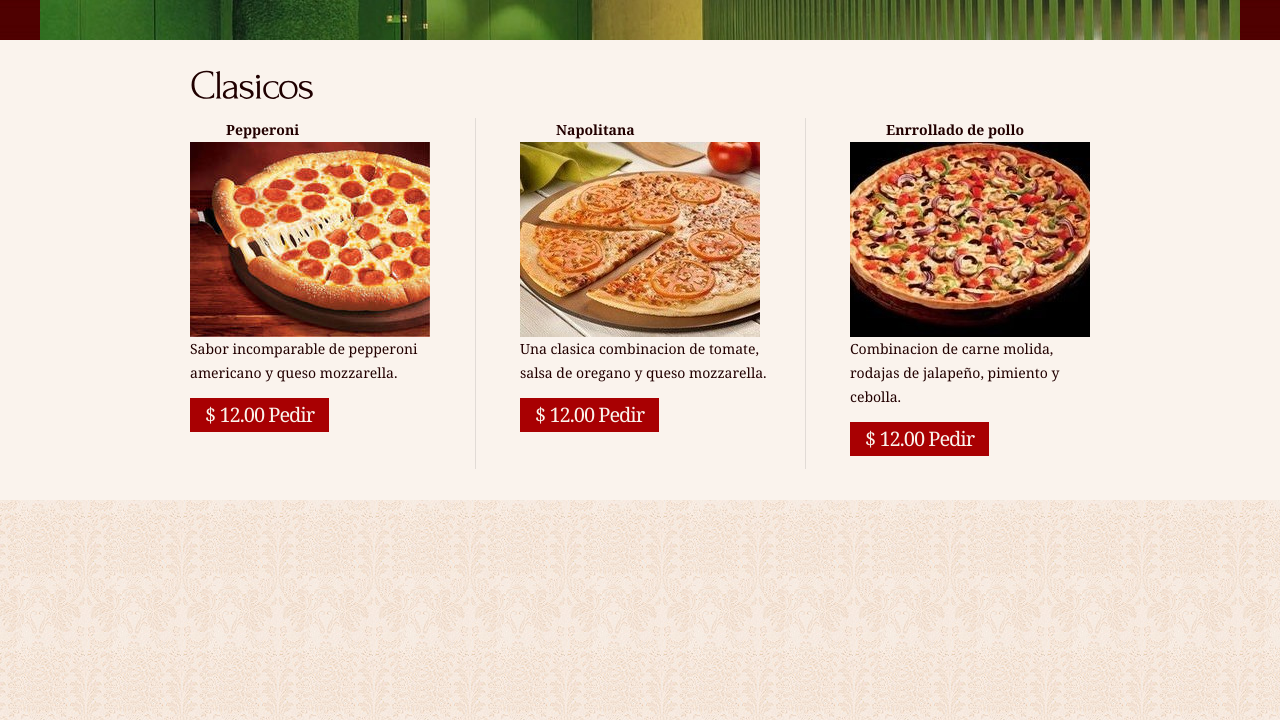
Repository: ProSoft-PDSI/sdsddo
Page: http://localhost/sdsr/Pizza
The author's editor kept a copy of each file at every save. The page is drawn from the files as they stood at one save, then again after a run of saves.
The browser window is 1280 px wide. The pictures show the whole page.
The page is served by Tomcat 9. Other server files are loaded and not shown. Queries for data that is not in the repository find no rows.

Above is the page before, as saved 2014-07-20 18:02:40.
Console error: TypeError: Cannot read properties of undefined (reading 'appendTo')

### Web/sdsr/WebContent/Clasica.jsp
<%@ page language="java" contentType="text/html; charset=ISO-8859-1"
    pageEncoding="ISO-8859-1"%>
<%@ taglib prefix="c" uri="http://java.sun.com/jsp/jstl/core" %>
<!DOCTYPE html>
<html>
<head>
<meta charset = "utf-8">
<title></title>
<%@ include file="Carga.jsp" %>
</head>
<body id="page3">
<div class="body6">
	<div class="body1">
		<div class="main">
<!-- content -->
			<article id="content">
				<div class="wrap">
					<%int n = 1; %>
			     	<c:forEach var = "i" items = "${requestScope.listapizza}" >
					<% if(n == 1) { %>
					<section class="cols">
						<div class="box">
							<div>
								<h2 class="letter_spacing"><c:out value="${i.nombre}"></c:out></h2>
								<figure><img src="${i.imagen}" alt="" ></figure>
								<p class="pad_bot1">${i.descripcion}</p>
								<input type="hidden" name="codigo" value="${i.codProducto}"></input>
								<a href="Pizza" class="button1">Pedir</a>
							</div>
						</div>
					</section>
				   <% } %>
				   <% if (n>1 && n <= 3) { %>
					<section class="cols pad_left1">
						<div class="box">
							<div>
								<h2 class="letter_spacing"><c:out value="${i.nombre}"></c:out></h2>
								<figure><img src="${i.imagen}" alt="" ></figure>
								<p class="pad_bot1">${i.descripcion}</p>
								<input type="hidden" name="codigo" value="${i.codProducto}"></input>
								<a href="Pizza" class="button1">Pedir</a>
							</div>
						</div>
					</section>
				  <% } %>
				  <% n++; %>
				  </c:forEach>
				</div>
			</article>
		</div>
	</div>
</div>
<div class="body2">
	<div class="main">
		<article id="content2">
			<div class="wrapper">
				<section class="pad_left1">
					<h2>Clasicos</h2>
					<div class="line1">
						<div class="wrapper line2">
							<div class="cols">
								<div class="wrapper pad_bot1">
								<h1> Pepperoni </h1>
									<figure ><img src="images/clas_4.jpg" alt=""></figure>
									<p class="pad_bot1"> Sabor incomparable de pepperoni<br> americano y queso mozzarella.</p>
									 <a href="#" class="button1">$ 12.00 Pedir</a>
								</div>
							</div>
							<div class="cols pad_left1">
								<div class="wrapper pad_bot1">
								<h1> Napolitana </h1>
									<figure ><img src="images/clas_5.jpg" alt=""></figure>
									<p class="pad_bot1">Una clasica combinacion de tomate,<br> salsa de oregano y queso mozzarella.</p>
									<a href="#" class="button1">$ 12.00 Pedir</a>
								</div>
							</div>
							<div class="col2 pad_left1">
								<div class="wrapper pad_bot1">
								<h1>Enrrollado de pollo</h1>
									<figure ><img src="images/clas_6.jpg" alt=""></figure>
									<p class="pad_bot1">Combinacion de carne molida,<br> rodajas de jalapeño, pimiento y cebolla.</p>
									<a href="#" class="button1">$ 12.00 Pedir</a>
								</div>
							</div>
						</div>
					</div>
				</section>
			</div>
		</article>
<!-- / content -->
	</div>
</div>

<script type="text/javascript"> Cufon.now(); </script>
</body>
</html>

### Web/sdsr/WebContent/Carga.jsp
<link rel="stylesheet" href="css/reset.css" type="text/css" media="all">
<link rel="stylesheet" href="css/layout.css" type="text/css" media="all">
<link rel="stylesheet" href="css/style.css" type="text/css" media="all">
<link rel="stylesheet" href="css/estilos.css" type="text/css" media="all">
<script type="text/javascript" src="js/jquery-1.6.js" ></script>
<script type="text/javascript" src="js/cufon-yui.js"></script>
<script type="text/javascript" src="js/cufon-replace.js"></script>
<script type="text/javascript" src="js/Forum_400.font.js"></script>
<script type="text/javascript" src="js/jquery.easing.1.3.js"></script>
<script type="text/javascript" src="js/tms-0.3.js"></script>
<script type="text/javascript" src="js/tms_presets.js"></script>
<script type="text/javascript" src="js/script.js"></script>
<script type="text/javascript" src="js/atooltip.jquery.js"></script>

### Web/sdsr/src/controller/PedidosController.java
package controller;

import java.io.IOException;
import java.util.List;
import java.util.Vector;

import javax.servlet.RequestDispatcher;
import javax.servlet.ServletException;
import javax.servlet.annotation.WebServlet;
import javax.servlet.http.HttpServlet;
import javax.servlet.http.HttpServletRequest;
import javax.servlet.http.HttpServletResponse;
import javax.servlet.http.HttpSession;

import entity.Cliente;
import entity.DetallePedido;
import entity.Pedido;
import entity.Usuario;
import model.ControlModel;
import model.PedidosModel;
import model.ProductoModel;

@WebServlet({"/InsertarPedido","/EliminarPedido","/ModificarPedido","/ListaPedidos","/Entrada","/Pizza","/Especiales","/InsertaLista"})
public class PedidosController extends HttpServlet {
	private static final long serialVersionUID = 1L;
	List<DetallePedido> listapedido = new Vector<DetallePedido>();

    public PedidosController() {
        super();
    }

    protected void doPost(HttpServletRequest request, HttpServletResponse response) throws ServletException, IOException {
		String alias = request.getServletPath();
		if(alias.equals("/Entrada")){
			EntradaPost(request,response);
		}else if(alias.equals("/Pizza")){
			PizzaPost(request,response);
		}else if(alias.equals("/Especiales")){
			EspecialesPost(request,response);
		}else if(alias.equals("/InsertarPedido")){
			InsertarPedido(request,response);
		}
    }


	private void EspecialesPost(HttpServletRequest request,
			HttpServletResponse response) throws ServletException, IOException {
		try {
			ProductoModel model = new ProductoModel();
			request.setAttribute("listaespecial", model.getEspeciales());

			HttpSession session = request.getSession(true);
			String codProducto = (String) request.getParameter("codigo");
			int cantidad = Integer.parseInt((String)request.getParameter("cant"));
			DetallePedido bean = new DetallePedido();
			ControlModel model1 = new ControlModel();
			bean.setNropedido(model1.getValor("pedido"));
			bean.setCodproducto(codProducto);
			bean.setCant(cantidad);
			listapedido.add(bean);
			session.setAttribute("lista", listapedido);
		} catch (Exception e) {
			System.out.println(e.getMessage());
		}
		RequestDispatcher rd;
		rd = request.getRequestDispatcher("Pedido.jsp");
		rd.forward(request, response);

	}

	private void PizzaPost(HttpServletRequest request,
			HttpServletResponse response) throws ServletException, IOException {
		try {
			ProductoModel model = new ProductoModel();
			request.setAttribute("listapizza", model.getPizza());
			request.setAttribute("listapizzaclasico", model.getPizzaClasico());

			HttpSession session = request.getSession(true);
			String codProducto = (String) request.getParameter("codigo");
			int cantidad = Integer.parseInt((String)request.getParameter("cant"));
			DetallePedido bean = new DetallePedido();
			ControlModel model1 = new ControlModel();
			bean.setNropedido(model1.getValor("pedido"));
			bean.setCodproducto(codProducto);
			bean.setCant(cantidad);
			listapedido.add(bean);
			session.setAttribute("lista", listapedido);
		} catch (Exception e) {
			System.out.println(e.getMessage());
		}

		RequestDispatcher rd;
		rd = request.getRequestDispatcher("Pedido.jsp");
		rd.forward(request, response);
	}

	private void EntradaPost(HttpServletRequest request,
			HttpServletResponse response) throws ServletException, IOException {
		try {
		ProductoModel model = new ProductoModel();
		request.setAttribute("listaentrada", model.getEntrada());
		request.setAttribute("listaentradaclasico", model.getEntradaClasico());

		HttpSession session = request.getSession(true);
		String codProducto = (String) request.getParameter("codigo");
		int cantidad = Integer.parseInt((String)request.getParameter("cant"));
		DetallePedido bean = new DetallePedido();
		ControlModel model1 = new ControlModel();
		bean.setNropedido(model1.getValor("pedido"));
		bean.setCodproducto(codProducto);
		bean.setCant(cantidad);
		listapedido.add(bean);
		session.setAttribute("lista", listapedido);
		} catch (Exception e) {
			System.out.println(e.getMessage());
		}
		RequestDispatcher rd;
		rd = request.getRequestDispatcher("Pedido.jsp");
		rd.forward(request, response);

	}

	protected void doGet(HttpServletRequest request, HttpServletResponse response) throws ServletException, IOException {
		String alias = request.getServletPath();
		if(alias.equals("/ListaPedidos")){
				ListaPedidos(request,response);
		}else if(alias.equals("/Entrada")){
			Entrada(request,response);
		}else if(alias.equals("/Pizza")){
			Pizza(request,response);
		}else if(alias.equals("/Especiales")){
			Especiales(request,response);
		}
	}

	private void Especiales(HttpServletRequest request,
			HttpServletResponse response) throws ServletException, IOException {
		ProductoModel model = new ProductoModel();
		request.setAttribute("listaespecial", model.getEspeciales());
		RequestDispatcher rd;
		rd = request.getRequestDispatcher("Especiales.jsp");
		rd.forward(request, response);

	}


	private void Pizza(HttpServletRequest request, HttpServletResponse response) throws ServletException, IOException {
		try{
		ProductoModel model = new ProductoModel();
		request.setAttribute("listapizza", model.getPizza());
		request.setAttribute("listapizzaclasico", model.getPizzaClasico());
		} catch (Exception e) {
			System.out.println(e.getMessage());
		}
		RequestDispatcher rd;
		rd = request.getRequestDispatcher("Clasica.jsp");
		rd.forward(request, response);

	}

	private void Entrada(HttpServletRequest request, HttpServletResponse response) throws ServletException, IOException {
		try{
		ProductoModel model = new ProductoModel();
		request.setAttribute("listaentrada", model.getEntrada());
		request.setAttribute("listaentradaclasico", model.getEntradaClasico());
		} catch (Exception e) {
			System.out.println(e.getMessage());
		}
		RequestDispatcher rd;
		rd = request.getRequestDispatcher("Entrada.jsp");
		rd.forward(request, response);

	}

	private void ListaPedidos(HttpServletRequest request,
			HttpServletResponse response) throws ServletException, IOException {
			HttpSession session = request.getSession(true);
			session.getAttribute("lista");
			RequestDispatcher rd = request.getRequestDispatcher("Pedido.jsp");
			rd.forward(request, response);

	}

	private void InsertarPedido(HttpServletRequest request,
			HttpServletResponse response) throws ServletException, IOException {
			try{
			HttpSession session = request.getSession(true);
				Cliente cli = (Cliente)session.getAttribute("cliente");
				Usuario usu = (Usuario)session.getAttribute("user");
				PedidosModel model = new PedidosModel();
				ControlModel model1 = new ControlModel();
				String codigo = model1.getValor("pedido");
				model.InsertarPedidos(cli.getDni(),usu.getUsuario());
				model.InsertaProductosDetallePedido(listapedido, usu.getUsuario());
				Pedido pedido = model.getPedido(codigo);
				session.setAttribute("nropedido",codigo);
				session.setAttribute("totalpedido", pedido.getTotalpedido());
				System.out.println(pedido.getTotalpedido());
				request.setAttribute("mensaje", "insercion Exitosa");
				session.removeAttribute("listapedido");
			} catch (Exception e) {
				System.out.println(e.getMessage());
			}
			RequestDispatcher rd = request.getRequestDispatcher("Pagos.jsp");
			rd.forward(request, response);
	}

}

### Web/sdsr/src/model/ProductoModel.java
package model;

import java.util.List;

import dao.impl.ProductoDaoImpl;
import dao.spec.ProductoDao;
import entity.Producto;

public class ProductoModel {
	public List<Producto> getEntrada(){
		ProductoDao dao = new ProductoDaoImpl();
		List<Producto> entrada = dao.getEntrada();
		return entrada;
	}

	public List<Producto> getEntradaClasico(){
		ProductoDao dao = new ProductoDaoImpl();
		List<Producto> entrada = dao.getEntradaClasico();
		return entrada;
	}

	public List<Producto> getPizza(){
		ProductoDao dao = new ProductoDaoImpl();
		List<Producto> entrada = dao.getPizza();
		return entrada;
	}

	public List<Producto> getEspeciales(){
		ProductoDao dao = new ProductoDaoImpl();
		List<Producto> entrada = dao.getEspeciales();
		return entrada;
	}

	public List<Producto> getPizzaClasico(){
		ProductoDao dao = new ProductoDaoImpl();
		List<Producto> entrada = dao.getPizzaClasico();
		return entrada;
	}

	public Producto getProducto(String codProducto){
		ProductoDao dao = new ProductoDaoImpl();
		return dao.getProducto(codProducto);

	}
}

### Web/sdsr/src/dao/spec/ProductoDao.java
package dao.spec;

import java.util.List;

import entity.Producto;

public interface ProductoDao {
	List<Producto> getEntrada();
	List<Producto> getEntradaClasico();
	List<Producto> getPizza();
	List<Producto> getPizzaClasico();
	List<Producto> getEspeciales();
	Producto getProducto(String Producto);
	String getNombreProducto(String codproducto);
}

### Web/sdsr/src/dao/util/RowMapper.java
package dao.util;

import java.sql.ResultSet;

public interface RowMapper<T> {
	public abstract T mapRow(ResultSet rs);
}

### Web/sdsr/src/dao/impl/ProductoDaoImpl.java
package dao.impl;

import java.sql.Connection;
import java.sql.PreparedStatement;
import java.sql.ResultSet;
import java.sql.SQLException;
import java.sql.Statement;
import java.util.ArrayList;
import java.util.List;

import dao.spec.ProductoDao;
import dao.util.AccesoDB;
import dao.util.RowMapper;
import entity.Producto;

public class ProductoDaoImpl implements ProductoDao,RowMapper<Producto> {

	@Override
	public List<Producto> getEntrada() {
		List<Producto> menu=new ArrayList<Producto>();
		Connection cn=null;
		try {
			cn = AccesoDB.getConnection();
			String sql="select * from producto where categoria = 'normal' and codproducto like 'EN%' ";
			Statement stm = cn.createStatement();
			ResultSet rs = stm.executeQuery(sql);
			while(rs.next()){
				menu.add(mapRow(rs));
			}
			rs.close();
			stm.close();
		} catch (Exception e) {
			throw new RuntimeException(e.getMessage());
		}finally{
			try {
				cn.close();
			} catch (SQLException e) {
				throw new RuntimeException(e.getMessage());
			}
		}
		return menu;
	}


	public List<Producto> getEntradaClasico() {
		List<Producto> menu=new ArrayList<Producto>();
		Connection cn=null;
		try {
			cn = AccesoDB.getConnection();
			String sql="select * from producto where categoria = 'clasico' and codproducto like 'EN%' ";
			Statement stm = cn.createStatement();
			ResultSet rs = stm.executeQuery(sql);
			while(rs.next()){
				menu.add(mapRow(rs));
			}
			rs.close();
			stm.close();
		} catch (Exception e) {
			throw new RuntimeException(e.getMessage());
		}finally{
			try {
				cn.close();
			} catch (SQLException e) {
				throw new RuntimeException(e.getMessage());
			}
		}
		return menu;
	}


	public Producto mapRow(ResultSet rs) {
		Producto bean = new Producto();
		try {
			bean.setCodProducto(rs.getString("codproducto"));
			bean.setNombre(rs.getString("nombreproducto"));
			bean.setDescripcion(rs.getString("descrproducto"));
			bean.setPrecio(rs.getDouble("preciounitario"));
			bean.setCategoria(rs.getString("categoria"));
			bean.setImagen(rs.getString("imagen"));
			bean.setStock(rs.getInt("stock"));
		} catch (SQLException e) {
			throw new RuntimeException(e.getMessage());
		}
		return bean;

	}

	@Override
	public Producto getProducto(String codproducto) {
		Connection cn=null;
		Producto pro = new Producto();
		try {
			cn = AccesoDB.getConnection();
			String sql="select * from producto where codproducto = ?";
			PreparedStatement pstm = cn.prepareStatement(sql);
			pstm.setString(1, codproducto);
			ResultSet rs = pstm.executeQuery(sql);
			rs.next();
			pro=mapRow(rs);
			rs.close();
			pstm.close();
		} catch (Exception e) {
			throw new RuntimeException(e.getMessage());
		}finally{
			try {
				cn.close();
			} catch (SQLException e) {
				throw new RuntimeException(e.getMessage());
			}
		}
		return pro;
	}

	@Override
	public String getNombreProducto(String codproducto) {
		Connection cn=null;
		String nombre=null;
		try {
			cn = AccesoDB.getConnection();
			String sql="select nombreproducto from producto where codproducto = ?";
			PreparedStatement pstm = cn.prepareStatement(sql);
			pstm.setString(1, codproducto);
			ResultSet rs = pstm.executeQuery(sql);
			while(rs.next()){
				nombre= rs.getString("nombreproducto");
			}

			rs.close();
			pstm.close();
		} catch (Exception e) {
			throw new RuntimeException(e.getMessage());
		}finally{
			try {
				cn.close();
			} catch (SQLException e) {
				throw new RuntimeException(e.getMessage());
			}
		}
		return nombre;
	}


	@Override
	public List<Producto> getPizza() {
		List<Producto> menu=new ArrayList<Producto>();
		Connection cn=null;
		try {
			cn = AccesoDB.getConnection();
			String sql="select replace(nombreproducto,'Personal',''),descrproducto,categoria,imagen,stock from producto where categoria = 'normal'"
					+ "and codproducto like 'PI%'"
					+ "and nombreproducto like '%Personal'";
			Statement stm = cn.createStatement();
			ResultSet rs = stm.executeQuery(sql);
			while(rs.next()){
				Producto bean = new Producto();
				bean.setCodProducto("PI");
				bean.setNombre(rs.getString(1));
				bean.setDescripcion(rs.getString("descrproducto"));
				bean.setPrecio(0);
				bean.setCategoria(rs.getString("categoria"));
				bean.setImagen(rs.getString("imagen"));
				bean.setStock(rs.getInt("stock"));
				menu.add(bean);
			}
			rs.close();
			stm.close();
		} catch (Exception e) {
			throw new RuntimeException(e.getMessage());
		}finally{
			try {
				cn.close();
			} catch (SQLException e) {
				throw new RuntimeException(e.getMessage());
			}
		}
		return menu;
	}


	@Override
	public List<Producto> getPizzaClasico() {
		List<Producto> menu=new ArrayList<Producto>();
		Connection cn=null;
		try {
			cn = AccesoDB.getConnection();
			String sql="select replace(nombreproducto,'Personal',''),descrproducto,categoria,imagen,stock from producto where categoria = 'clasico'"
					+ "and codproducto like 'PI%'"
					+ "and nombreproducto like '%Personal'";
			Statement stm = cn.createStatement();
			ResultSet rs = stm.executeQuery(sql);
			while(rs.next()){
				Producto bean = new Producto();
				bean.setCodProducto("PI");
				bean.setNombre(rs.getString(1));
				bean.setDescripcion(rs.getString("descrproducto"));
				bean.setPrecio(0);
				bean.setCategoria(rs.getString("categoria"));
				bean.setImagen(rs.getString("imagen"));
				bean.setStock(rs.getInt("stock"));
				menu.add(bean);
			}
			rs.close();
			stm.close();
		} catch (Exception e) {
			throw new RuntimeException(e.getMessage());
		}finally{
			try {
				cn.close();
			} catch (SQLException e) {
				throw new RuntimeException(e.getMessage());
			}
		}
		return menu;
	}


	@Override
	public List<Producto> getEspeciales() {
		List<Producto> menu=new ArrayList<Producto>();
		Connection cn=null;
		try {
			cn = AccesoDB.getConnection();
			String sql="select * from producto where codproducto like 'ES%'";
			Statement stm = cn.createStatement();
			ResultSet rs = stm.executeQuery(sql);
			while(rs.next()){
				menu.add(mapRow(rs));
			}
			rs.close();
			stm.close();
		} catch (Exception e) {
			throw new RuntimeException(e.getMessage());
		}finally{
			try {
				cn.close();
			} catch (SQLException e) {
				throw new RuntimeException(e.getMessage());
			}
		}
		return menu;
	}

}

### Web/sdsr/src/dao/util/AccesoDB.java
package dao.util;

import java.sql.Connection;
import java.sql.DriverManager;

public class AccesoDB {
	public static Connection getConnection() throws Exception {
		String driver = "oracle.jdbc.driver.OracleDriver";
		String url = "jdbc:oracle:thin:@localhost:1521/XE";
		String user = "restaurante";
		String pass = "admin";
		Class.forName(driver).newInstance();
		Connection cn=DriverManager.getConnection(url,user,pass);
		return cn;
	}
}

### Web/sdsr/WebContent/css/layout.css
.col1, .col2, .col3, .cols  {float:left}
.cols {width:300px}
.col1 {width:630px}
.col2 {width:240px}
.col3 {width:570px}
/* index.html */
/* index-1.html */
#page2 .box .list1 {margin-top:-7px}
/* index-2.html */
#page3 h2.letter_spacing {word-spacing:-2px}
/* index-3.html */
#page4 .box .list1 {margin-top:-7px}
#page4 h2.pad_bot1 {padding-bottom:5px}
/* index-4.html */
#page5 .box > div {background: url(../images/box_top2.png) top center no-repeat}
#page5 #content2 h2 {padding-bottom:4px}
/* index-5.html */
/* index-6.html */

### Web/sdsr/WebContent/css/estilos.css
#marco{
	background: transparent;
}

.marco{
	height:80em;
	width:101%;
}

Loaded but not shown: Web/sdsr/WebContent/css/reset.css (common file); Web/sdsr/WebContent/js/jquery-1.6.js (library); Web/sdsr/WebContent/js/cufon-yui.js (library); Web/sdsr/WebContent/js/Forum_400.font.js (library); Web/sdsr/WebContent/js/jquery.easing.1.3.js (library); Web/sdsr/WebContent/js/script.js (common file); Web/sdsr/WebContent/js/tms_presets.js (489 lines, source omitted); Web/sdsr/WebContent/js/tms-0.3.js (395 lines, source omitted); Web/sdsr/WebContent/js/atooltip.jquery.js (105 lines, source omitted); Web/sdsr/WebContent/js/cufon-replace.js (1 lines, source omitted); Web/sdsr/WebContent/css/style.css (182 lines, source omitted)

After the next 3 saves:
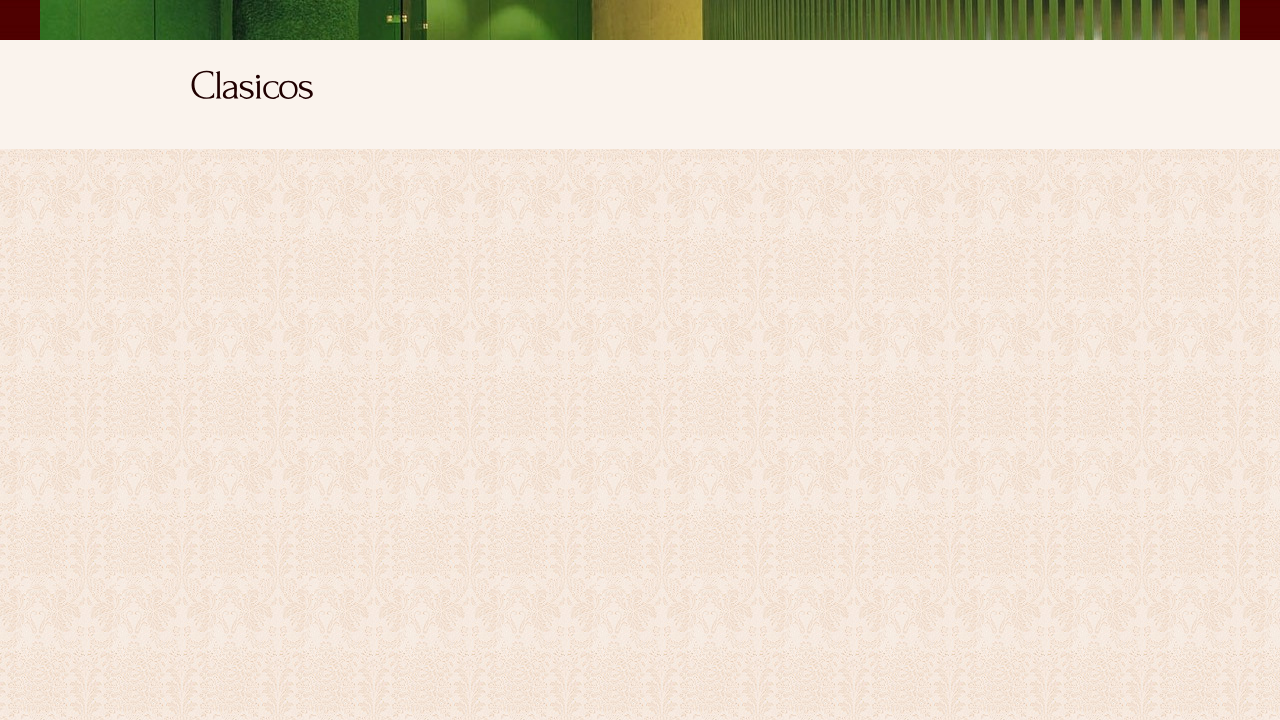
The 3 saves are shown as one change because 2 did not build or start.
The last was saved 5 min 43 s later.
--- a/Web/sdsr/WebContent/Clasica.jsp
+++ b/Web/sdsr/WebContent/Clasica.jsp
@@ -58,14 +58,19 @@
 					<h2>Clasicos</h2>
 					<div class="line1">
 						<div class="wrapper line2">
+						<% int k = 1; %>
+			    			<c:forEach var = "i" items = "${requestScope.listaentradaclasico}" >
+			    			<% if(k == 1) { %>
 							<div class="cols">
 								<div class="wrapper pad_bot1">
-								<h1> Pepperoni </h1>
+								<h1><c:out value="${i.nombre}"></c:out></h1>
 									<figure ><img src="images/clas_4.jpg" alt=""></figure>
 									<p class="pad_bot1"> Sabor incomparable de pepperoni<br> americano y queso mozzarella.</p>
 									 <a href="#" class="button1">$ 12.00 Pedir</a>
 								</div>
 							</div>
+							<% } %>
+							<% if (k > 1 && k <= 3) { %>
 							<div class="cols pad_left1">
 								<div class="wrapper pad_bot1">
 								<h1> Napolitana </h1>
@@ -74,15 +79,10 @@
 									<a href="#" class="button1">$ 12.00 Pedir</a>
 								</div>
 							</div>
-							<div class="col2 pad_left1">
-								<div class="wrapper pad_bot1">
-								<h1>Enrrollado de pollo</h1>
-									<figure ><img src="images/clas_6.jpg" alt=""></figure>
-									<p class="pad_bot1">Combinacion de carne molida,<br> rodajas de jalapeño, pimiento y cebolla.</p>
-									<a href="#" class="button1">$ 12.00 Pedir</a>
-								</div>
-							</div>
+							<% } %>
+							</c:forEach>
 						</div>
+
 					</div>
 				</section>
 			</div>
